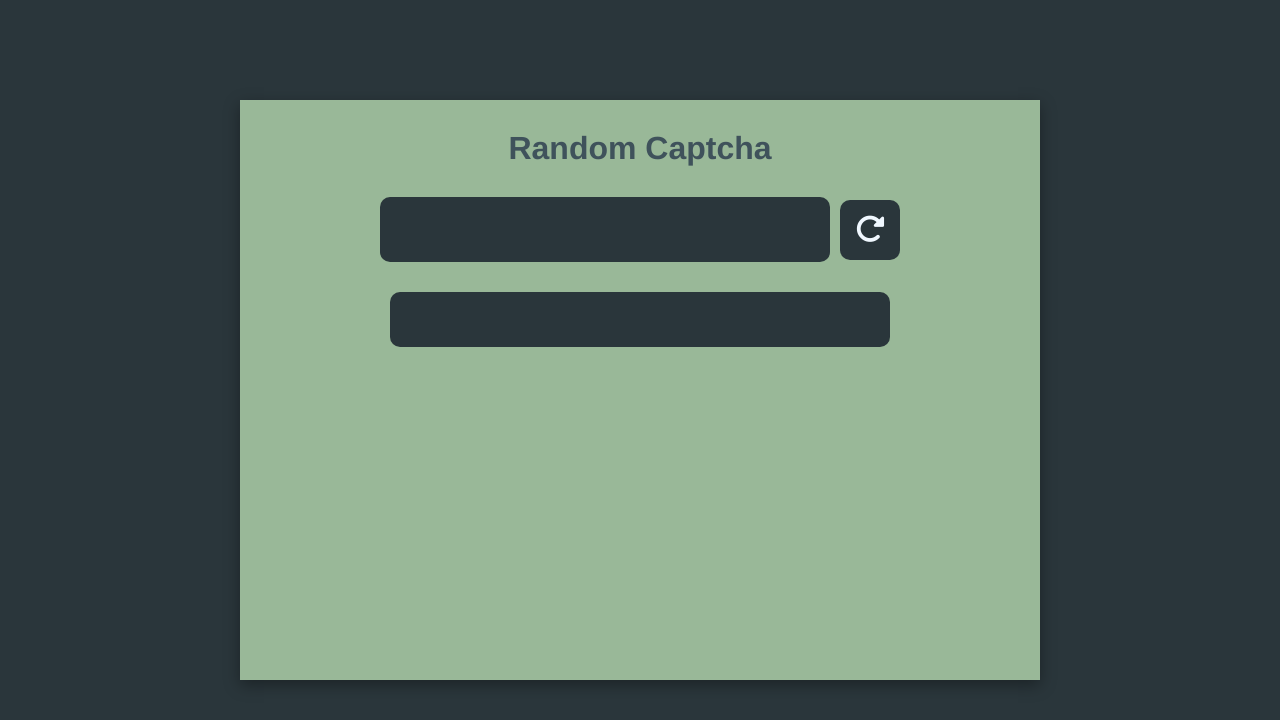
Repository: Aditya0377/Assignments
Page: Assignment/javascript practise/captcha.html
These files come from the project's save history. The page is drawn as it stood at one moment and after the next save; the edit follows.
The browser window is 1280 px wide. The pictures show the whole page.
Some web libraries are served in a nearby version.

Above is the page before, as saved 2024-03-29 17:19:03.

### Assignment/javascript practise/captcha.html
<!DOCTYPE html>
<html lang="en">

<head>
    <meta charset="UTF-8">
    <meta name="viewport" content="width=device-width, initial-scale=1.0">
    <title>Captcha Generator</title>
    <style>
        * {
            margin: 0px;
            padding: 0px;
        }

        body {
            display: flex;
            justify-content: center;
            align-items: center;
            background-color: #2a363b;
        }

        .container {
            margin-top: 100px;
            width: 800px;
            height: 580px;
            background-color: #99b898;
            box-shadow: rgba(0, 0, 0, 0.35) 0px 5px 15px;
            display: flex;
            flex-direction: column;
            align-items: center;

        }

        .head {
            margin-top: 30px;
            color: #3f525b;
            font-family: 'Franklin Gothic Medium', 'Arial Narrow', Arial, sans-serif;
        }

        .outputc {
            display: flex;
            justify-content: center;
            align-items: center;
        }

        .output {
            margin-top: 30px;
            width: 400px;
            height: 45px;
            border-radius: 10px;
            background-color: #2a363b;
            font-size: 30px;
            color: #ff847c;
            padding: 10px;
            padding-left: 40px;
        }

        #reset {
            width: 60px;
            height: 60px;
            margin-top: 30px;
            margin-left: 10px;
            font-size: 30px;
            border: none;
            border-radius: 10px;
            background-color: #2a363b;
            color: aliceblue;
        }

        #reset:hover {
            cursor: pointer;
        }

        #input {
            margin-top: 30px;
            width: 490px;
            height: 55px;
            border-radius: 10px;
            background-color: #2a363b;
            border: none;
            outline: none;
            padding-left: 10px;
            font-size: 30px;
            color: #ff847c;
        }

        #check {
            width: 70px;
            height: 35px;
            padding: 5px;
            margin-top: 30px;
            font-size: 19px;
            border: none;
            border-radius: 10px;
            background-color: #e84a5f;
            color: aliceblue;
            transform: translateX(-45px);
            display: none;
        }
    </style>
    <script src="https://kit.fontawesome.com/edd85780d6.js" crossorigin="anonymous"></script>
</head>

<body>
    <div class="container">
        <div class="head">
            <h1>Random Captcha</h1>
        </div>
        <div class="outputc">
            <div class="output" id="soutput"></div>
            <button id="reset" onclick="captchaGeneration()"><i class="fa-solid fa-rotate-right"></i></button>
        </div>
        <div class="outputc">
            <input type="text" id="input" onkeyup="checkappear()">
            <button id="check">Check</button>
        </div>
        <p id="info"></p>
    </div>





    <script>
        function checkappear() {
            document.getElementById('check').style.display = 'inline';
            document.getElementById('input').style.transform = 'translateX(35px)';
        }
        function captchaGeneration() {
            const char = "ABCDEFGHIJKLMNOPQRSTUVWXYZabcdefghijklmnopqrstuvwxyz0123456789!@#$%^&*";
            let captcha = "";
            captcha += char.charAt(Math.floor(Math.random() * char.length - 32 + 1));
            captcha += char.charAt(Math.floor(Math.random() * char.length - 32));
            captcha += char.charAt(Math.floor(Math.random() * 26) + 32);
            captcha += char.charAt(Math.floor(Math.random() * 26) + 32);
            captcha += char.charAt(Math.floor(Math.random() * 10) + 62);
            captcha += char.charAt(Math.floor(Math.random() * 10) + 62);

            document.getElementById("soutput").innerHTML = captcha;
        }

    </script>
</body>

</html>

After the next save:
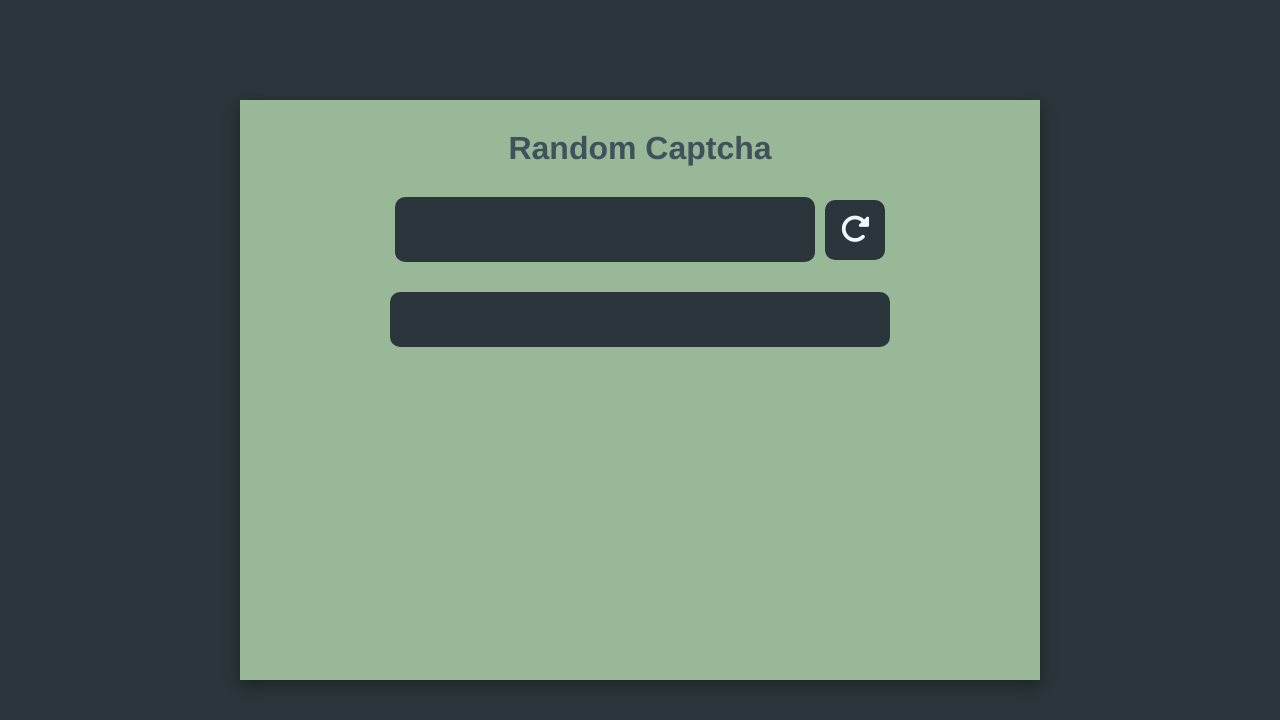
Saved 10 s later.
--- a/Assignment/javascript practise/captcha.html
+++ b/Assignment/javascript practise/captcha.html
@@ -51,7 +51,7 @@
             font-size: 30px;
             color: #ff847c;
             padding: 10px;
-            padding-left: 40px;
+
         }
 
         #reset {
